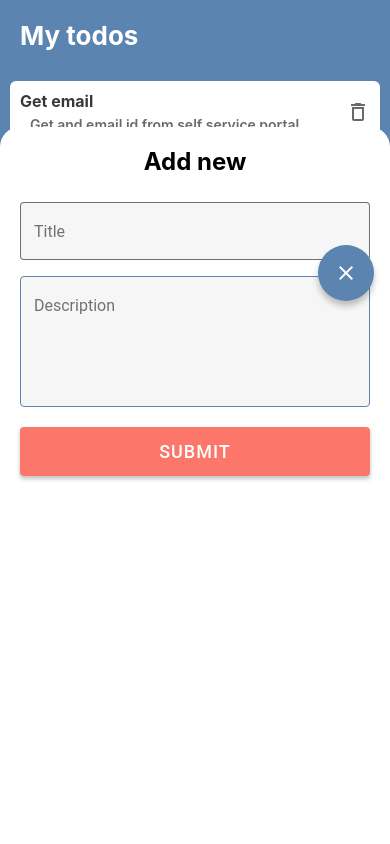
Repository: sadarsh216/Todo-App
Page: /, after clicking the first element matching `button.css-view-175oi2r`
An editor plug-in stored every save of this project. The page is shown before and after the next save, followed by the edit.
The browser window is 390 px wide. The pictures show the whole page.
The app was drawn by React Native's web renderer in a window 390 px wide. The project was rebuilt for these pictures with package versions that can differ from the ones it lists, and the page was loaded fresh each time.

Above is the page before, as saved 2021-10-09 15:03:45.

After the next save:
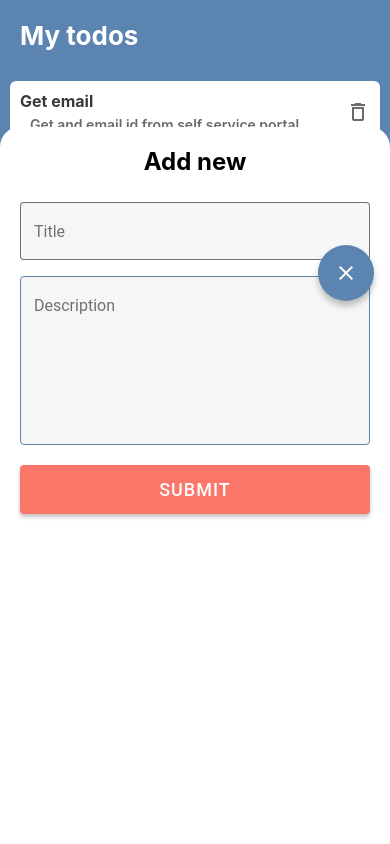
Saved 10 s later.
--- a/components/Modal.tsx
+++ b/components/Modal.tsx
@@ -33,7 +33,7 @@ export default function Modal() {
               value={props.values.title}
               mode="outlined"
               multiline={true}
-              numberOfLines={5}
+              numberOfLines={7}
             />
             <Button style={styles.submitBtn} color="white">
               <Text style={{ fontSize: 18 }}>Submit</Text>
